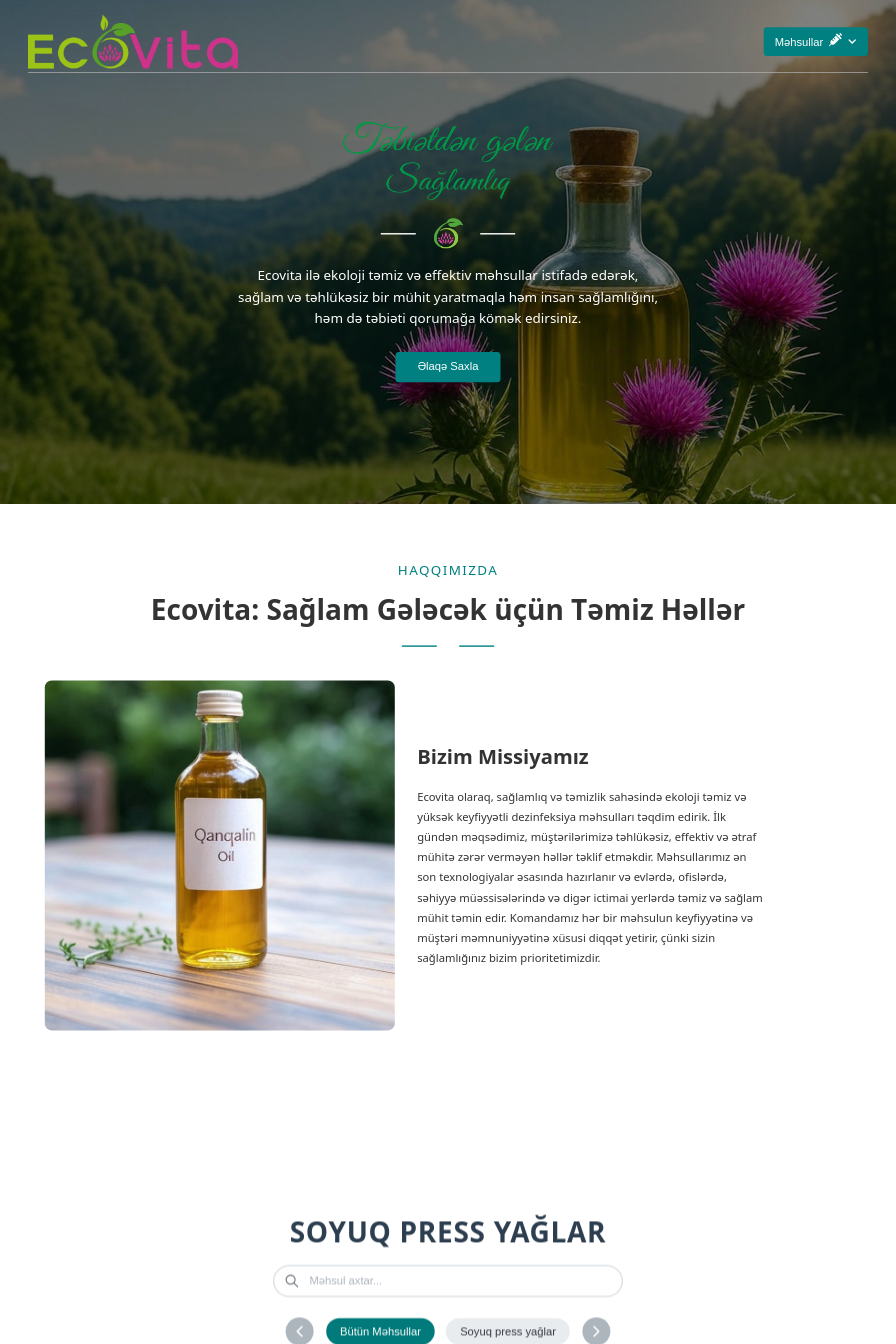
Repository: ferhadsultan98/ecovita
Page: /
The author's editor kept a copy of each file at every save. The page is drawn from the files as they stood at one save, then again after a run of saves.
The browser window is 1280 px wide. The pictures show the part of the page from y = 0 to 1920 px (the page is 7674 px tall), at 70% of full size.
The project was rebuilt for these pictures with package versions that can differ from the ones it lists, and the page was loaded fresh each time. Also part of the build but not shown: vite.config.js.

Above is the page before, as saved 2025-05-07 16:19:38.

After the next 3 saves:
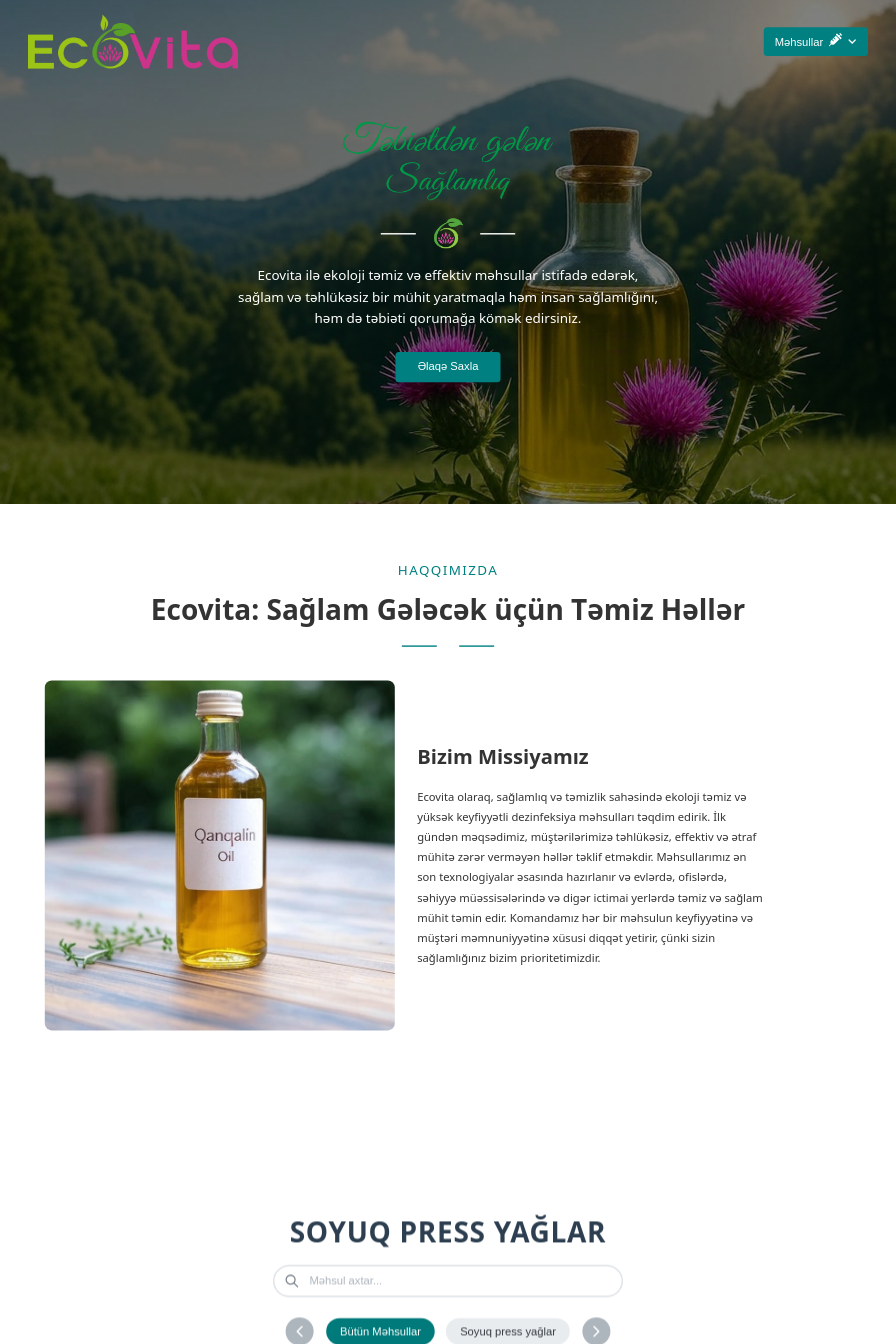
The 3 saves are shown as one change because they came seconds apart.
The last was saved 21 s later.
--- a/src/Components/Common/Header/Header.scss
+++ b/src/Components/Common/Header/Header.scss
@@ -18,6 +18,7 @@
   &.scrolled {
     background: $scroll-bg;
     padding: 0.8rem 0;
+    border-bottom: 1px solid rgb(178, 178, 178);
   }
 
   .header-container {
@@ -25,7 +26,6 @@
     margin: 0 auto;
     display: flex;
     align-items: center;
-    border-bottom: 1px solid rgb(178, 178, 178);
     justify-content: space-between;
     gap: 1rem;
     padding: 5px 0;
